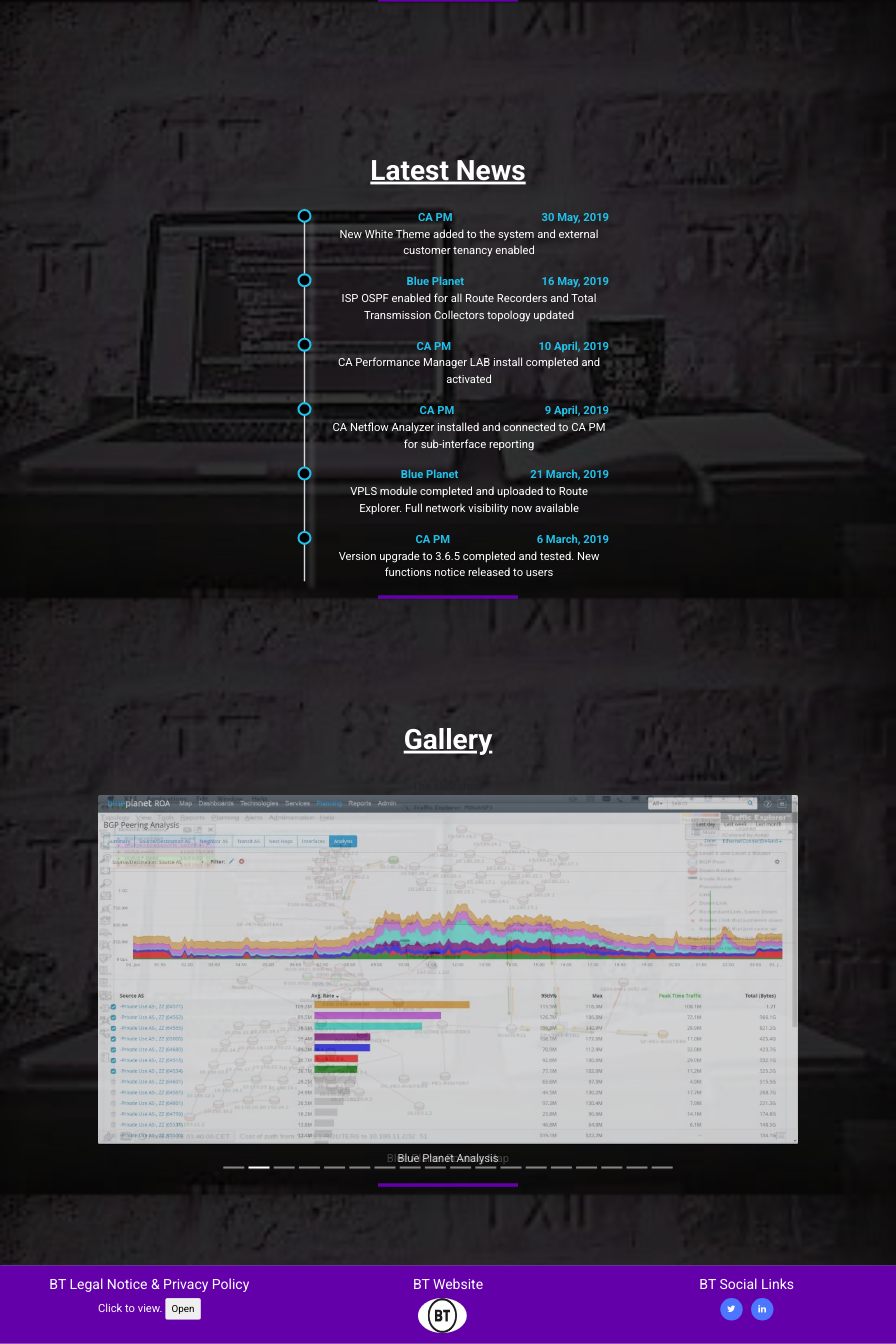
Repository: Mofarrell1967/Application-Manager
Page: index.html
The author's editor kept a record of every edit. The page is drawn from the files as they stood at one moment, then again after the next edit.
The browser window is 1280 px wide. The pictures show the part of the page from y = 848 to 2768 px (the page is 2768 px tall), at 70% of full size.
Backgrounds fixed to the window are drawn as part of the page. Some web libraries are served in a nearby version.

Above is the page before.

### index.html
<!DOCTYPE html>

<html lang="en-us">

<head>
  <meta charset="utf-8">
  <meta name="viewport" content="width=device-width, initial-scale=1.0">
  <link rel="stylesheet" href="https://maxcdn.bootstrapcdn.com/bootstrap/4.1.3/css/bootstrap.min.css">
  <link rel="stylesheet" href="https://use.fontawesome.com/releases/v5.6.1/css/all.css" integrity="sha384-gfdkjb5BdAXd+lj+gudLWI+BXq4IuLW5IT+brZEZsLFm++aCMlF1V92rMkPaX4PP" crossorigin="anonymous">
  <link rel="stylesheet" href="https://stackpath.bootstrapcdn.com/font-awesome/4.7.0/css/font-awesome.min.css" type="text/css" />
  <link href="https://fonts.googleapis.com/css?family=Roboto:400,700" rel="stylesheet">
  <link rel="stylesheet" href="assets/css/main.css" type="text/css" />
  <title>Application Manager</title>
</head>

<body>

  <!-- Nav Bar Start -->

  <nav class="navbar no-gutters fixed-top navbar-dark navbar-expand-sm current">
    <a href="index.html" class="navbar-brand" data-toggle="tooltip" title="Home">Application Manager</a>
    <ul class="navbar-nav navbar-brand"></ul>


    <button class="navbar-toggler ml-auto" type="button" data-toggle="collapse" data-target="#navbarNavDropdown" aria-controls="navbarNavDropdown" aria-expanded="false">
        <span class="navbar-toggler-icon"></span></button>

    <div class="collapse navbar-collapse" id="navbarNavDropdown">
      <ul class="navbar-nav ml-auto">
        <li class="nav-item" data-toggle="collapse" data-target=".navbar-collapse.show"><a class="nav-link scroll" href="#news">News</a></li>
        <li class="nav-item" data-toggle="collapse" data-target=".navbar-collapse.show"><a class="nav-link scroll" href="#gallery">Gallery</a></li>
        <li class="nav-item"><a class="nav-link" href="about.html">About</a></li>
        <li class="nav-item"><a class="nav-link" href="metrics.html">Metrics</a></li>
        <li class="nav-item"><a class="nav-link" href="contact.html">Contact</a></li>
      </ul>
    </div>
  </nav>

  <!-- Nav Bar End -->


  <!-- Jumbotron Start -->

  <!-- This section shows the welcome text and login & status buttons
       tooltips have been applied to the buttons as there is no back end scripting -->

  <div class="container-fluid callout-container">
    <div class="opaque-overlay">&nbsp;</div>

    <div class="row">
      <div class="col-12">
        <section class="callout jumbotron text-center">
          <h1>Network Capacity Analysis Applications.</h1>
          <h2>Application Management & Information Pages.</h2>
          <hr class="block-divider">
          <p class="lead">Capacity Analysis manages and administers two reporting systems.
            <p class="main">CA Performance Manager (CAPM) and Ciena Blue Planet Route Optimisation & Assurance (BP ROA) </p>
            <p class="main">Please review the system details and functions before requesting access</p>
            <hr class="block-divider">

            <h3 class="status">Existing users can login here!</h3>
            <div class="form-group row">
              <div class="col-md-6">
                <div class="main">CA Performance Manager <button type="button" class="btn btn-outline-primary" data-toggle="tooltip" title="Login is currently disabled until API is completed in next release">Login</button></div>
              </div>
              <div class="col-md-6">
                <div class="main">BP Routing Optimisation <button type="button" class="btn btn-outline-primary" data-toggle="tooltip" title="Login is currently disabled until API is completed in next release">Login</button></div>
              </div>
            </div>

            <h3 class="main">Service Application and Server Health</h3>

            <div class="form-group row">
              <div class="col-md-6">
                <div class="main">CA Performance Manager <button type="button" class="btn btn-outline-success" data-toggle="tooltip" title="Status updates will be automated at next release">System Health: Good</button></div>
              </div>
              <div class="col-md-6">
                <div class="main">BP Route Optimisation <button type="button" class="btn btn-outline-success" data-toggle="tooltip" title="Status updates will be automated at next release">System Health: Good</button></div>
              </div>
            </div>
            <hr class="block-divider">


            <!-- Latest News Section Start -->


            <section-news id="news">
              <div class="col-md-6 mt-5 offset-md-3">
                <h1 class="news">Latest News</h1>

                <ul class="timeline">
                  <li>
                    <span class="nheaders">CA PM </span><span class="nheaders float-right"> 30 May, 2019</span>
                    <p>New White Theme added to the system and external customer tenancy enabled</p>
                  </li>
                  <li>
                    <span class="nheaders">Blue Planet </span><span class="nheaders float-right"> 16 May, 2019</span>
                    <p>ISP OSPF enabled for all Route Recorders and Total Transmission Collectors topology updated</p>
                  </li>
                  <li>
                    <span class="nheaders">CA PM </span><span class="nheaders float-right"> 10 April, 2019</span>
                    <p>CA Performance Manager LAB install completed and activated</p>
                  </li>
                  <li>
                    <span class="nheaders">CA PM </span><span class="nheaders float-right"> 9 April, 2019</span>
                    <p>CA Netflow Analyzer installed and connected to CA PM for sub-interface reporting</p>
                  </li>
                  <li>
                    <span class="nheaders">Blue Planet </span><span class="nheaders float-right"> 21 March, 2019</span>
                    <p>VPLS module completed and uploaded to Route Explorer. Full network visibility now available</p>
                  </li>
                  <li>
                    <span class="nheaders">CA PM </span><span class="nheaders float-right"> 6 March, 2019</span>
                    <p>Version upgrade to 3.6.5 completed and tested. New functions notice released to users</p>
                  </li>

                </ul>
                <hr class="block-divider">
              </div>
            </section-news>

            <!-- Latest News Section End -->



            <!-- Gallery Section Start -->

            <section-gallery id="gallery">
              <div id="btcarousel" class="carousel slide carousel-fade mt-5" data-ride="carousel">
                <h1 class="gallery">Gallery</h1>


                <!-- Indicators -->
                <ul class="carousel-indicators">
                  <li data-target="#btcarousel" data-slide-to="0" class="active"></li>
                  <li data-target="#btcarousel" data-slide-to="1"></li>
                  <li data-target="#btcarousel" data-slide-to="2"></li>
                  <li data-target="#btcarousel" data-slide-to="3"></li>
                  <li data-target="#btcarousel" data-slide-to="4"></li>
                  <li data-target="#btcarousel" data-slide-to="5"></li>
                  <li data-target="#btcarousel" data-slide-to="6"></li>
                  <li data-target="#btcarousel" data-slide-to="7"></li>
                  <li data-target="#btcarousel" data-slide-to="8"></li>
                  <li data-target="#btcarousel" data-slide-to="9"></li>
                  <li data-target="#btcarousel" data-slide-to="10"></li>
                  <li data-target="#btcarousel" data-slide-to="11"></li>
                  <li data-target="#btcarousel" data-slide-to="12"></li>
                  <li data-target="#btcarousel" data-slide-to="13"></li>
                  <li data-target="#btcarousel" data-slide-to="14"></li>
                  <li data-target="#btcarousel" data-slide-to="15"></li>
                  <li data-target="#btcarousel" data-slide-to="16"></li>
                  <li data-target="#btcarousel" data-slide-to="17"></li>
                </ul>


                The slideshow
                <div class="carousel-inner">
                  <div class="carousel-item active">
                    <img src="assets/images/bp-analysis.jpg" alt="1" class="img-fluid rounded">
                    <h6 class="image-labels"> Blue Planet Analysis</h6>
                  </div>
                  <div class="carousel-item">
                    <img src="assets/images/bp-routing-map.png" alt="2" class="img-fluid rounded">
                    <h6 class="image-labels"> Blue Planet Routing Map</h6>
                  </div>
                  <div class="carousel-item">
                    <img src="assets/images/bp-service-overview.jpg" alt="3" class="img-fluid rounded">
                    <h6 class="image-labels"> Blue Planet Service Overview</h6>
                  </div>
                  <div class="carousel-item">
                    <img src="assets/images/bp-service.jpg" alt="4" class="img-fluid rounded">
                    <h6 class="image-labels"> Blue Planet Service</h6>
                  </div>
                  <div class="carousel-item">
                    <img src="assets/images/bp-topology.png" alt="5" class="img-fluid rounded">
                    <h6 class="image-labels"> Blue Planet Topology</h6>
                  </div>
                  <div class="carousel-item">
                    <img src="assets/images/ca-overview.jpg" alt="6" class="img-fluid rounded">
                    <h6 class="image-labels"> CA PM Overview</h6>
                  </div>
                  <div class="carousel-item">
                    <img src="assets/images/bp-traffic-performance.jpg" alt="7" class="img-fluid rounded">
                    <h6 class="image-labels"> Blue Planet Traffic Performance</h6>
                  </div>
                  <div class="carousel-item">
                    <img src="assets/images/bp-traffic-report.png" alt="8" class="img-fluid rounded">
                    <h6 class="image-labels"> Blue Planet Traffic Report</h6>
                  </div>
                  <div class="carousel-item">
                    <img src="assets/images/ca-polling.jpg" alt="9" class="img-fluid rounded">
                    <h6 class="image-labels"> CA PM Polling Status</h6>
                  </div>
                  <div class="carousel-item">
                    <img src="assets/images/ca-summary.jpg" alt="10" class="img-fluid rounded">
                    <h6 class="image-labels"> CA PM Summary</h6>
                  </div>
                  <div class="carousel-item">
                    <img src="assets/images/ca-group-trend.jpg" alt="11" class="img-fluid rounded">
                    <h6 class="image-labels"> CA PM Group Trend</h6>
                  </div>
                  <div class="carousel-item">
                    <img src="assets/images/ca-interface.jpg" alt="12" class="img-fluid rounded">
                    <h6 class="image-labels"> CA PM Interface</h6>
                  </div>
                  <div class="carousel-item">
                    <img src="assets/images/ca-map.png" alt="13" class="img-fluid rounded">
                    <h6 class="image-labels"> CA PM Map</h6>
                  </div>
                  <div class="carousel-item">
                    <img src="assets/images/ca-status-card.jpg" alt="14" class="img-fluid rounded">
                    <h6 class="image-labels"> CA PM Status Card</h6>
                  </div>
                  <div class="carousel-item">
                    <img src="assets/images/capacity-planning.jpg" alt="15" class="img-fluid rounded">
                    <h6 class="image-labels"> Blue Planet Capacity Planning</h6>
                  </div>
                  <div class="carousel-item">
                    <img src="assets/images/device-health.jpg" alt="16" class="img-fluid rounded">
                    <h6 class="image-labels"> CA PM Device Health</h6>
                  </div>
                  <div class="carousel-item">
                    <img src="assets/images/executive.jpg" alt="17" class="img-fluid rounded">
                    <h6 class="image-labels"> Blue Planet Executive Summary</h6>
                  </div>
                </div>
                <hr class="block-divider">
              </div>
            </section-gallery>

            <!-- Gallery Section End -->

        </section>
      </div>
    </div>
  </div>

  <!-- Jumbotron End -->



  <!-- Footer Modal Start -->


  <div class="modal" tabindex="-1" role="dialog" id="PPModal">
    <div class="modal-dialog modal-dialog-scrollable">
      <div class="modal-content">
        <div class="modal-header">
          <h5 class="modal-title">Legal Notice & Privacy Policy</h5>
          <button type="button" class="close" data-dismiss="modal" aria-label="Close">
          <span aria-hidden="true">&times;</span>
        </button>
        </div>
        <div class="modal-body">
          <h3>General Disclaimer</h3>

          <p>BT has taken every effort to ensure the content accuracy of website, but neither BT nor its contractors accept responsibility for any errors or omissions in such content.</p>
          <p>Neither BT nor any third party who provides content to this website shall liable in respect of the content or its accuracy. You, the User, access the site and use the content, products and services at your own risk.</p>
          <p>BT disclaims all responsibility and liability of any description including liability for negligence, incidental or consequential damages and or loss (to include loss of profits, loss of use or loss of data) suffered by any person acting or refraining
            from acting as a result of or in connection with material on this website to include any reliance placed by such person on such material, or the viewing , use or performance of this website or its contents, whether with the required authority
            or otherwise.
            <p>BT may at any time revise, amend, alter or delete this information without liability.</p>
            <p>This website is governed, interpreted and construed in accordance with the law in the Republic of Ireland, whose courts have exclusive jurisdiction over any disputes or actions arising on this website</p>
            <h3>ComReg Code for Tariff Presentation</h3>
            <p>BT is required to adhere to the principles set out in the ComReg Code for Tariff Presentation. This Code requires the presentation of accurate and comprehensive tariff information that is accessible to the consumer. BT complies with the Code,
              a full copy of which can be accessed on the ComReg website.</p>
            <h3>Privacy Notice</h3>
            <h4>Who is BT?</h4>
            <p> BT Communications Ireland Limited (‘BT’) is a wholly owned subsidiary of BT Group plc, and a fully integrated division of BT Major and Public Sector. BT Communications Ireland Limited, trading as BT or BT Ireland, is registered in Ireland
              under number company registration number 141524 and its registered address is BT, Grand Canal Plaza, Upper Grand Canal Street, Dublin 4, Republic of Ireland, Tel: +353 1 432 5000 Freephone: 1800 923 222</p>
            <h4>Why does BT have a Privacy Notice?</h4>
            <p>At BT, we take privacy very seriously. Protecting your information and respecting your privacy is fundamental to the way we do things. If you want to know more about how we collect and use your personal information in different situations,
              have a look at the dedicated sections of the Privacy Centre here www.btplc.com/privacycentre/index.htm</p>
            <p>Please read the policies in the Privacy Centre along with the terms and conditions of any particular service you’re using. We may change the policies in our Privacy Centre from time to time. We’ll publish any new policies on our Privacy Centre,
              any other relevant websites and our terms and conditions (if applicable).By visiting and browsing our website and using our services you indicate your agreement to our use of your personal information as set out in this Privacy Policy. We
              may change our privacy policy from time to time.</p>
            <h4>What is not covered by the Privacy notice?</h4>
            <p>Third party sites, applications and social media, including products and services that you can link to from our websites aren’t covered by the policies in our Privacy Centre, so we urge you to be careful when you enter any personal information
              online or use applications and social media features. You should review the privacy policy of such sites before providing your personal information. As we don’t control those third party sites and their practices, we don’t accept any responsibility
              or liability for these sites.</p>
            <h4>What about when I visit your websites?</h4>
            <p>For details about information we collect when you visit our websites and the cookies we use please click the link here http://www.btplc.com/privacycentre/Onlineprivacy/index.htm.</p>
            <h4>How can I find out what personal information BT holds about me and change it if inaccurate?</h4>
            <p>If you want a copy of your billing information, log on to your MyBT online account or you can contact BT Ireland by phone, at Tel: 1800 924 929 or at the addresses listed below. BT Ireland, 2 Grand Canal Plaza, Upper Grand Canal Street, Dublin
              4.Alternatively you can contact us through our online Customer Enquiry form. (You must be the account holder to ask for this information.) If you want to see what contact information we hold about you, you can also log in to your account.
              It’s quick and simple to access it this way. You can also ask us for a copy of the information we hold about you using our online form here. Or write to us at BT to the Data Protection Manager, BT Ireland, 2 Grand Canal Plaza, Upper Grand
              Canal Street, Dublin 4. If you work for one of our corporate customers, please ask your employer – they’ll ask for this on your behalf. It will normally take us up to one month to get back to you but could take longer (up to a further two
              months) if it’s a complicated request or we get a lot of requests at once. We’ll reply electronically unless you ask us to send the information by post.</p>
        </div>
        <button type="button" class="btn btn-danger" data-dismiss="modal">Close</button>
      </div>
    </div>
  </div>



  <!-- Footer Modal End -->



  <!-- Page Footer Start -->


  <footer class="container-fluid footer text-center">

    <div class="row">
      <div class="col-sm-4">
        <h5 class="uppercase">BT Legal Notice & Privacy Policy</h5>
        <p class="inline-block">
          Click to view.
          <button class="btn btn-sm" data-toggle="modal" data-target="#PPModal">Open</button></p>
      </div>
      <div class="d-none d-sm-block col-sm-4">
        <h5 class="uppercase">BT Website</h5>
        <a target="_blank" href="https://btireland.com/"><img src="assets/images/bt.jpg" class="rounded-circle mr-3" height=50 width=70 alt="No Image available/"></a>
      </div>
      <div class="col-sm-4">
        <h5 class="uppercase">BT Social Links</h5>
        <ul class="list-inline sm-links">
          <li class="list-inline-item">
            <a target="_blank" href="https://twitter.com/btinireland">
                            <i class="fa fa-twitter" aria-hidden="true"></i>
                            <span class="sr-only">Twitter</span></a>
          </li>
          <li class="list-inline-item">
            <a target="_blank" href="https://www.linkedin.com/company/bt-ireland">
                            <i class="fa fa-linkedin" aria-hidden="true"></i>
                            <span class="sr-only">LinkedIn</span> </a>
          </li>
        </ul>
      </div>
    </div>
  </footer>

  <!-- Page Footer End -->



  <!-- Script Start -->

  <script src="https://code.jquery.com/jquery-3.3.1.slim.min.js" integrity="sha384-q8i/X+965DzO0rT7abK41JStQIAqVgRVzpbzo5smXKp4YfRvH+8abtTE1Pi6jizo" crossorigin="anonymous"></script>
  <script src="https://cdnjs.cloudflare.com/ajax/libs/popper.js/1.14.3/umd/popper.min.js" integrity="sha384-ZMP7rVo3mIykV+2+9J3UJ46jBk0WLaUAdn689aCwoqbBJiSnjAK/l8WvCWPIPm49" crossorigin="anonymous"></script>
  <script src="https://stackpath.bootstrapcdn.com/bootstrap/4.1.3/js/bootstrap.min.js" integrity="sha384-ChfqqxuZUCnJSK3+MXmPNIyE6ZbWh2IMqE241rYiqJxyMiZ6OW/JmZQ5stwEULTy" crossorigin="anonymous"></script>

  <!-- Smooth Scroll courtesy of github/cferdinandi -->
  <script src="assets/js/smooth-scroll.min.js"></script>
  <script>
    var scroll = new SmoothScroll('a[href*="#"]');
  </script>

  <!-- Script End -->

  <!-- Tooltip Script Start -->
  <script>
    $(function() {
      $('[data-toggle="tooltip"]').tooltip()
    })

    $(function() {
      $('[data-toggle="popover"]').popover()
    })
  </script>

  <!-- Tooltip Script End -->


 <!-- Menu Coloring Script Start -->


  <script>
    $(function() {
      $('li a').click(function() {
        $('li a').each(function(a) {
          $(this).removeClass('selectedclass')
        });
        $(this).addClass('selectedclass');
      });

      $('ul a').click(function() {
        $('ul a').each(function(a) {
          $(this).removeClass('selectedclass')
        });
        $(this).addClass('selectedclass');
      });
    });
  </script>

  <!-- Menu Coloring Script End -->

</body>

</html>

Loaded but not shown: assets/js/smooth-scroll.min.js (library); assets/css/main.css (318 lines, source omitted)

After the next edit:
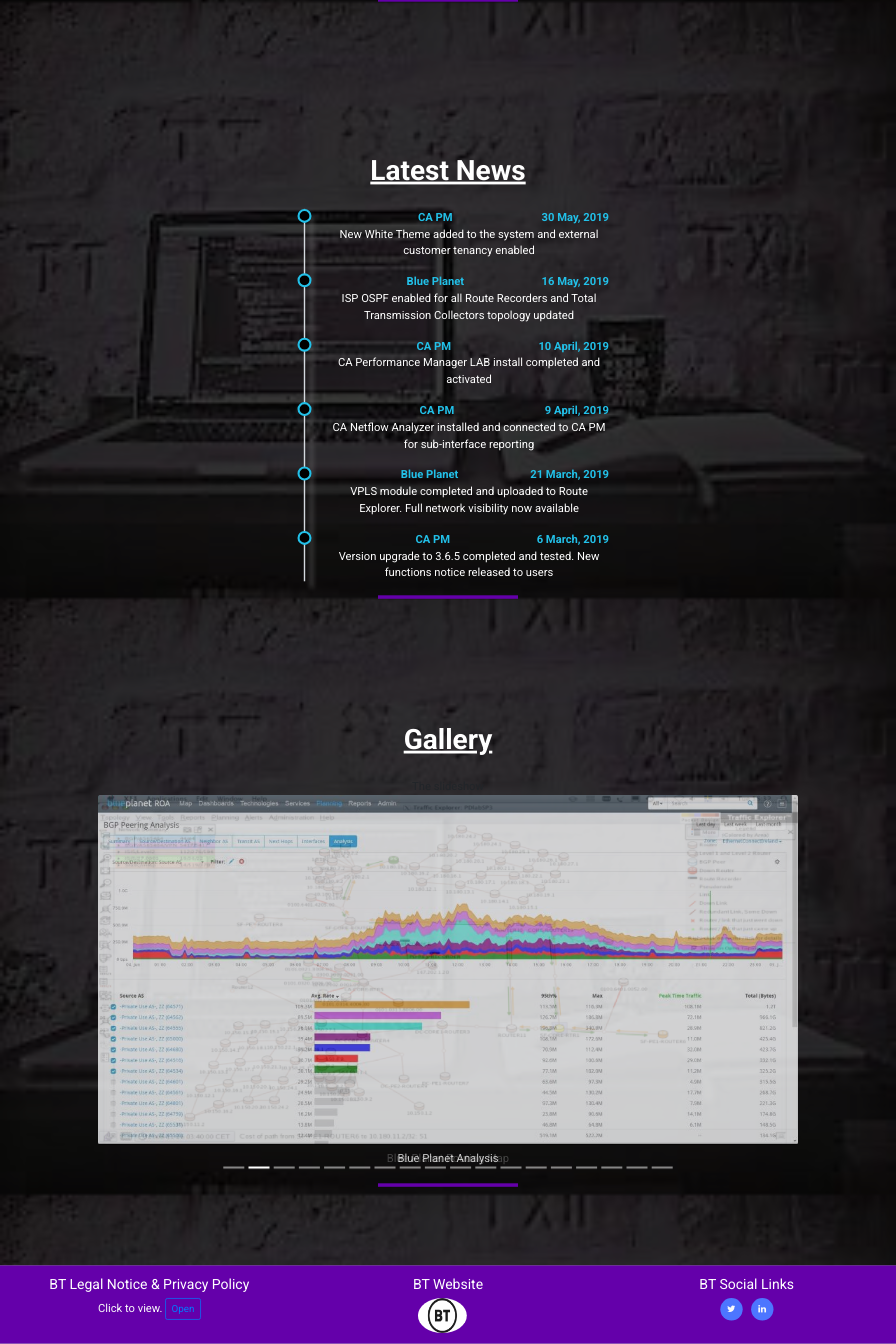
The edit:
--- a/index.html
+++ b/index.html
@@ -308,7 +308,7 @@
         <h5 class="uppercase">BT Legal Notice & Privacy Policy</h5>
         <p class="inline-block">
           Click to view.
-          <button class="btn btn-sm" data-toggle="modal" data-target="#PPModal">Open</button></p>
+          <button class="btn btn-sm btn btn-sm btn-outline-primary" data-toggle="modal" data-target="#PPModal">Open</button></p>
       </div>
       <div class="d-none d-sm-block col-sm-4">
         <h5 class="uppercase">BT Website</h5>
